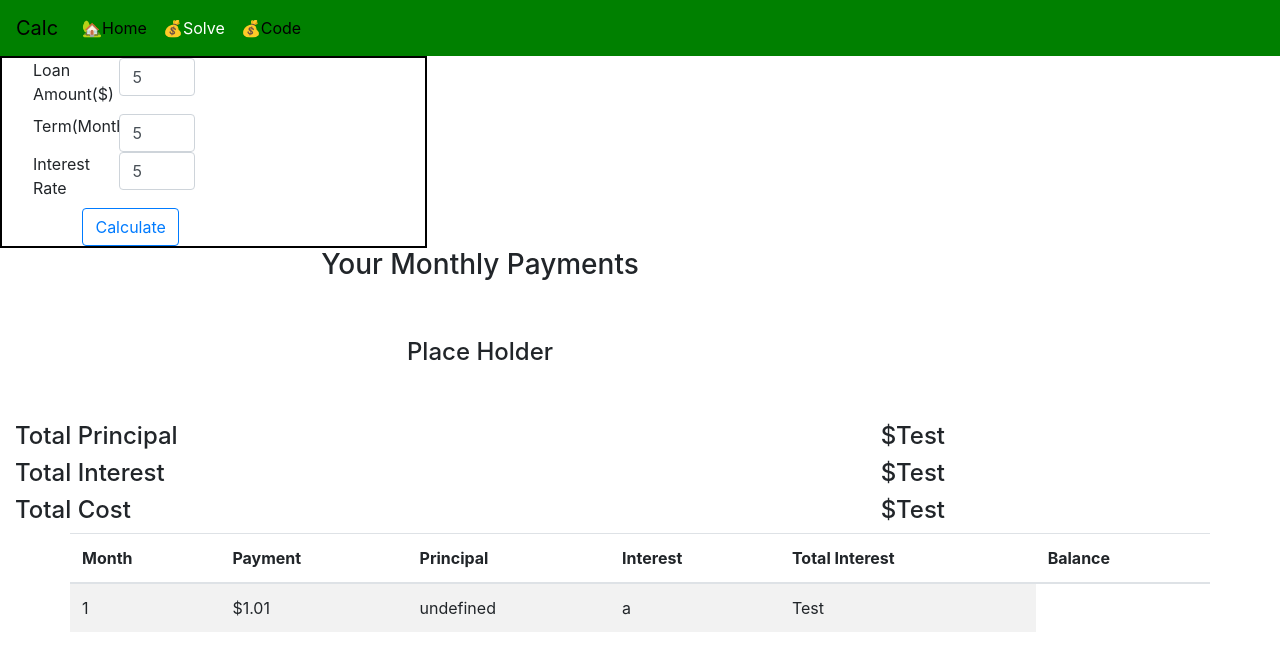
Repository: zhadjah9559/MortgageManager
Page: solve.html
The author's editor kept a copy of each file at every save. The page is drawn from the files as they stood at one save, then again after the next save.
The browser window is 1280 px wide. The pictures show the whole page.
Empty fields were first filled with sample values (such as "Sample", 5 or name@example.com).
After loading, the first visible `button.btn` was clicked once.

Above is the page before, as saved 2021-01-16 14:18:07.

### solve.html
<!doctype html>
<html lang="en">
  <head>
    <title>Mortgage Loan Calculator</title>
    <!-- Required meta tags -->
    <meta charset="utf-8">
    <meta name="viewport" content="width=device-width, initial-scale=1, shrink-to-fit=no">

    <!-- Bootstrap CSS -->
    <link rel="stylesheet" href="https://stackpath.bootstrapcdn.com/bootstrap/4.3.1/css/bootstrap.min.css" integrity="sha384-ggOyR0iXCbMQv3Xipma34MD+dH/1fQ784/j6cY/iJTQUOhcWr7x9JvoRxT2MZw1T" crossorigin="anonymous">
    <link rel="stylesheet" href="css/custom.css">
    <link rel="stylesheet" href="css/prism.css">
  </head>
  <body>

    <nav class="navbar navbar-expand-sm navbar-dark" style="background-color: green;">
        <a class="navbar-brand" href="#">Calc</a>
        <button class="navbar-toggler d-lg-none" type="button" data-toggle="collapse" data-target="#collapsibleNavId" aria-controls="collapsibleNavId"
            aria-expanded="false" aria-label="Toggle navigation"></button>
        <div class="collapse navbar-collapse" id="collapsibleNavId">
            <ul class="navbar-nav mr-auto mt-2 mt-lg-0">
                <li class="nav-item ">
                    <a class="nav-link" href="index.html">🏡Home </a>
                </li>
                <li class="nav-item active">
                    <a class="nav-link" href="solve.html">💰Solve <span class="sr-only">(current)</span></a>
                </li>
                <li class="nav-item">
                    <a class="nav-link" href="code.html">💰Code</a>
                </li>
            </ul>
        </div>
    </nav>

    </div>

    <div class="container-fluid">
        <div class="row">

            <div class="col-lg-4" style="border:2px solid black;">
                <div class="row">
                    <div class="col-2 ml-3">
                        <label for="Loan Amount">Loan Amount($)</label>
                    </div>
                    <div class="col-3 ml-3">
                        <input type="number" class="form-control" id="loanAmount" placeholder="100000">
                    </div>
                </div>
                <div class="row">
                    <div class="col-2 ml-3">
                        <label for="Term">Term(Months)</label>
                    </div>
                    <div class="col-3 ml-3">
                        <input type="number" class="form-control" id="months" placeholder="60">
                    </div>
                </div>
                <div class="row">
                    <div class="col-2 ml-3">
                        <label for="Interest Rate">Interest Rate</label>
                    </div>
                    <div class="col-3 ml-3">
                        <input type="number" class="form-control" id="interestRate" placeholder="3.5%">
                    </div>
                </div>
                <div class="row offset-2">
                    <button class="btn btn-outline-primary" type="submit" onclick="calculateLoan()">Calculate</button>
                </div>
            </div>



            <div class="col-lg-9 mr-3" style="border:px solid black;">
                <div class="row justify-content-center">
                    <h3>Your Monthly Payments</h3>
                </div>


                <div class="row justify-content-center mt-5">
                    <h4 id="monthlyPayment">Place Holder</h4>
                </div>


                <div class="row justify-content-center mt-5">
                    <div class="col-3">
                        <h4>Total Principal</h4>
                    </div>
                    <div class="col-3 offset-6">
                        <h4 id="totalPrincipalOutput" class="text-right">$Test</h4>
                    </div>


                    <div class="col-3">
                        <h4>Total Interest</h4>
                    </div>
                    <div class="col-3 offset-6">
                        <h4 id="totalInterestOutput" class="text-right">$Test</h4>
                    </div>


                    <div class="col-3">
                        <h4>Total Cost</h4>
                    </div>
                    <div class="col-3 offset-6">
                        <h4 id="totalCostOutput" class="text-right">$Test</h4>
                    </div>

                </div>
            </div>

        </div>
    </div>


    <div class="container">
        <div class="row">
            <table class="table table-striped">
                <thead>
                    <tr>
                        <th>Month</th>
                        <th>Payment</th>
                        <th>Principal</th>
                        <th>Interest</th>
                        <th>Total Interest</th>
                        <th>Balance</th>
                    </tr>
                </thead>
                <tbody id="tBody">

                </tbody>
            </table>
        </div>
    </div>



    <!-- Optional JavaScript -->
    <!-- jQuery first, then Popper.js, then Bootstrap JS -->
    <script src="https://code.jquery.com/jquery-3.3.1.slim.min.js" integrity="sha384-q8i/X+965DzO0rT7abK41JStQIAqVgRVzpbzo5smXKp4YfRvH+8abtTE1Pi6jizo" crossorigin="anonymous"></script>
    <script src="https://cdnjs.cloudflare.com/ajax/libs/popper.js/1.14.7/umd/popper.min.js" integrity="sha384-UO2eT0CpHqdSJQ6hJty5KVphtPhzWj9WO1clHTMGa3JDZwrnQq4sF86dIHNDz0W1" crossorigin="anonymous"></script>
    <script src="https://stackpath.bootstrapcdn.com/bootstrap/4.3.1/js/bootstrap.min.js" integrity="sha384-JjSmVgyd0p3pXB1rRibZUAYoIIy6OrQ6VrjIEaFf/nJGzIxFDsf4x0xIM+B07jRM" crossorigin="anonymous"></script>
    <script src="js/custom.js"></script>
    <script src="js/prism.js"></script>
  </body>
</html>

### css/custom.css
.navbar-dark .navbar-nav .active>.nav-link{
    color:white;
}
.navbar-dark .navbar-nav .nav-link{
    color:black;
}
.navbar .navbar-brand{
    color:black;
}

### css/prism.css
/* PrismJS 1.23.0
https://prismjs.com/download.html#themes=prism-okaidia&languages=markup+css+clike+javascript&plugins=normalize-whitespace */
/**
 * okaidia theme for JavaScript, CSS and HTML
 * Loosely based on Monokai textmate theme by http://www.monokai.nl/
 * @author ocodia
 */

code[class*="language-"],
pre[class*="language-"] {
	color: #f8f8f2;
	background: none;
	text-shadow: 0 1px rgba(0, 0, 0, 0.3);
	font-family: Consolas, Monaco, 'Andale Mono', 'Ubuntu Mono', monospace;
	font-size: 1em;
	text-align: left;
	white-space: pre;
	word-spacing: normal;
	word-break: normal;
	word-wrap: normal;
	line-height: 1.5;

	-moz-tab-size: 4;
	-o-tab-size: 4;
	tab-size: 4;

	-webkit-hyphens: none;
	-moz-hyphens: none;
	-ms-hyphens: none;
	hyphens: none;
}

/* Code blocks */
pre[class*="language-"] {
	padding: 1em;
	margin: .5em 0;
	overflow: auto;
	border-radius: 0.3em;
}

:not(pre) > code[class*="language-"],
pre[class*="language-"] {
	background: #272822;
}

/* Inline code */
:not(pre) > code[class*="language-"] {
	padding: .1em;
	border-radius: .3em;
	white-space: normal;
}

.token.comment,
.token.prolog,
.token.doctype,
.token.cdata {
	color: #8292a2;
}

.token.punctuation {
	color: #f8f8f2;
}

.token.namespace {
	opacity: .7;
}

.token.property,
.token.tag,
.token.constant,
.token.symbol,
.token.deleted {
	color: #f92672;
}

.token.boolean,
.token.number {
	color: #ae81ff;
}

.token.selector,
.token.attr-name,
.token.string,
.token.char,
.token.builtin,
.token.inserted {
	color: #a6e22e;
}

.token.operator,
.token.entity,
.token.url,
.language-css .token.string,
.style .token.string,
.token.variable {
	color: #f8f8f2;
}

.token.atrule,
.token.attr-value,
.token.function,
.token.class-name {
	color: #e6db74;
}

.token.keyword {
	color: #66d9ef;
}

.token.regex,
.token.important {
	color: #fd971f;
}

.token.important,
.token.bold {
	font-weight: bold;
}
.token.italic {
	font-style: italic;
}

.token.entity {
	cursor: help;
}

### js/custom.js
function calculateLoan(){
    let loanAmount = parseInt( document.getElementById("loanAmount").value )
    let months = parseInt( document.getElementById("months").value )
    //before the very first month
    let remainingBalance = loanAmount;

    //DONT FORGET TO CONVERT THIS TO A PERCENTAGE
    let interestRate = parseInt( document.getElementById("interestRate").value )

    //Keep track of interest payments
    let interestPayment = new Array();

    //Keep track of principal payments


    //END OF DECLARATIONS*******************************************************

    //input validation to make sure interest is solid number
    if(interestRate >= 100){

    }

    //Total Monthly Payment  ***STATIC variable***                                       //(1+rate/1200)^(-NumberOfMonths)
    const totalMonthlyPayment = (loanAmount) * (interestRate/1200) / (1 -   Math.pow( (1 + interestRate/1200) , (-months) ) )




    //Interest Payment
    interestPayment.push(  (remainingBalance) * (interestRate/1200)  )

    //principal payment
    let principalPayments = totalMonthlyPayment - interestPayment

    remainingBalance -= principalPayments;

    for (let i = 0; i < months; i++) {

    }






    //will later on be used in order to display output
    let tBody ="";
    let output=["Hello","This","is","a","Test"];
    for (let i = 0; i < output.length; i+=5) {
        tBody += `<tr> <td>${i+1}</td> <td>$${  (Math.round(totalMonthlyPayment * 100) / 100).toFixed(2) }</td>
                  <td>${principalPayments[i]}</td> <td>${output[i+3]}</td>
                  <td>${output[i+4]}</td> </tr>`
    }
    document.getElementById("tBody").innerHTML = tBody


}

Loaded but not shown: js/prism.js (library)

After the next save:
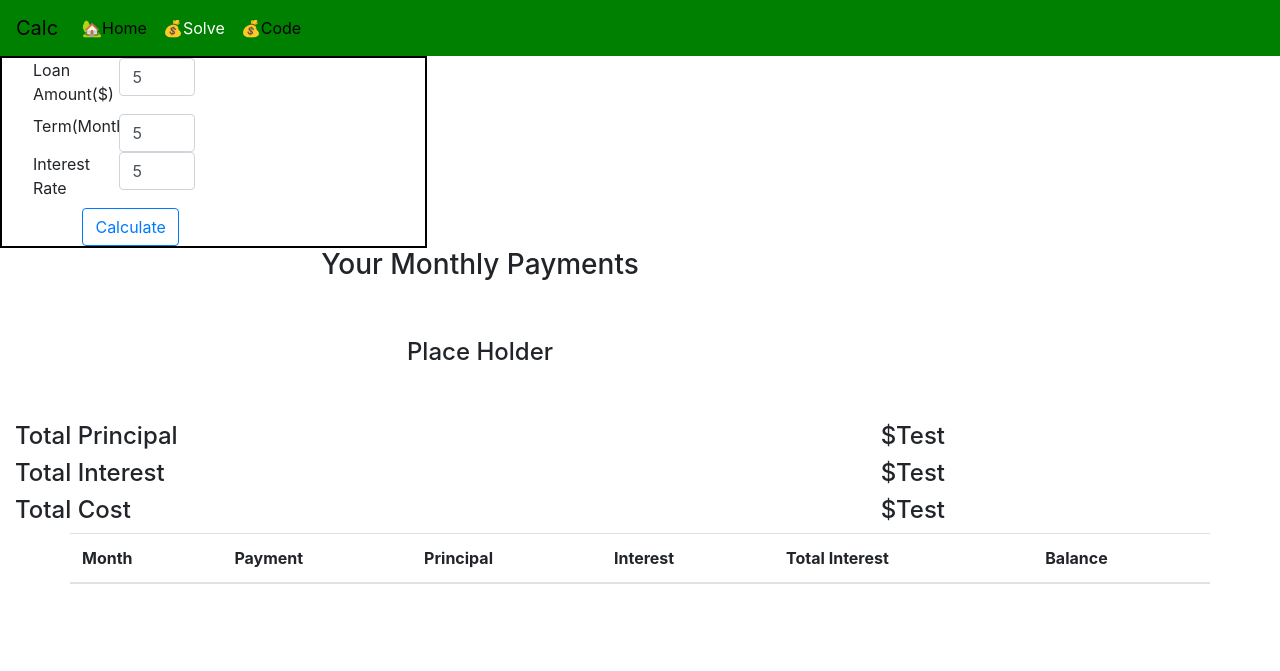
Console error: SyntaxError: Identifier 'principalPayments' has already been declared
Saved 10 s later.
--- a/js/custom.js
+++ b/js/custom.js
@@ -11,7 +11,7 @@ function calculateLoan(){
     let interestPayment = new Array();
 
     //Keep track of principal payments
-
+    let principalPayments
 
     //END OF DECLARATIONS*******************************************************
 
